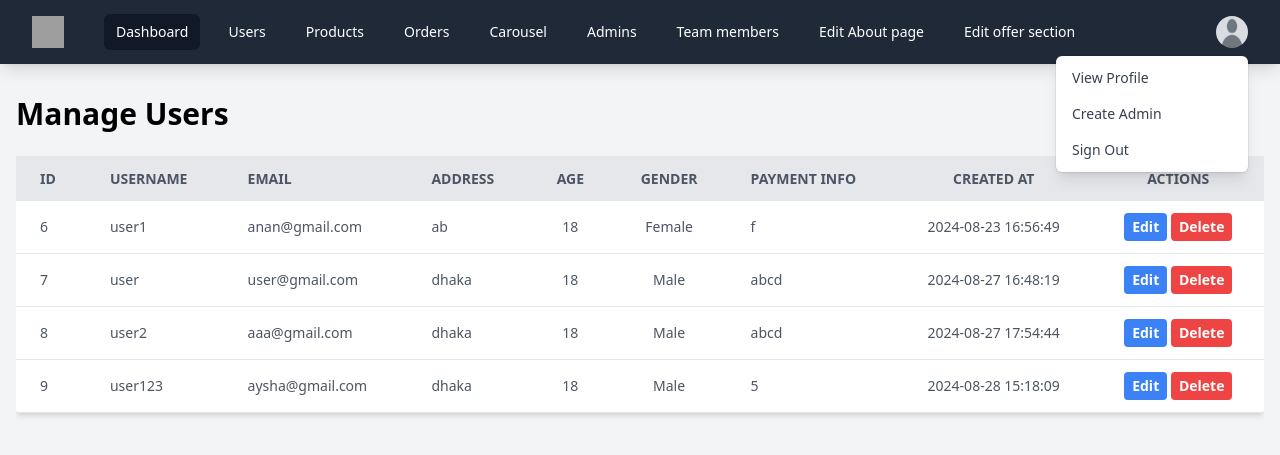
Repository: AsirAl-Anan/php-eccomerce
Page: http://localhost/admin/users_manage.php
An editor plug-in stored every save of this project. The page is shown before and after the next save, followed by the edit.
The browser window is 1280 px wide. The pictures show the whole page.
After loading, the first visible `#user-menu-button` was clicked once.
Pictures or frames that could not be fetched are drawn as grey boxes. Some web libraries are served in a nearby version. The page is run by PHP 8.4 with error messages shown; the project is at /var/www/html/. The session is filled in as if someone had signed in: {"admin_loggedin": true, "admin_id": 244004, "admin_username": "admin1"}. Other server files are loaded and not shown. The database holds what the project's SQL file puts in it.

Above is the page before, as saved 2024-08-29 19:56:24.

### admin/users_manage.php
<?php
session_start();
require_once '../config/config.php';
require_once 'fetch_admin_data.php';
// Check if admin is logged in
if (!isset($_SESSION["admin_loggedin"]) || $_SESSION["admin_loggedin"] !== true) {
    header("location: admin_login.php");
    exit;
}

// Function to get all users
function getAllUsers($conn)
{
    $sql = "SELECT id, username, email, address, age, gender, payment_info, created_at FROM users";
    $result = $conn->query($sql);
    return $result->fetch_all(MYSQLI_ASSOC);
}

// Handle user deletion
if (isset($_POST['delete_user'])) {
    $user_id = $_POST['user_id'];

    $conn->query("SET foreign_key_checks = 0");

    try {
        $sql = "DELETE FROM orders WHERE user_id = ?";
        $stmt = $conn->prepare($sql);
        $stmt->bind_param("i", $user_id);
        $stmt->execute();

        $sql = "DELETE FROM cart WHERE user_id = ?";
        $stmt = $conn->prepare($sql);
        $stmt->bind_param("i", $user_id);
        $stmt->execute();

        $sql = "DELETE FROM users WHERE id = ?";
        $stmt = $conn->prepare($sql);
        $stmt->bind_param("i", $user_id);
        $stmt->execute();

        echo "User and related data deleted successfully";
    } catch (Exception $e) {
        echo "Error deleting user: " . $e->getMessage();
    } finally {
        $conn->query("SET foreign_key_checks = 1");
    }
}
// Handle user edit
if (isset($_POST['edit_user'])) {
    $user_id = $_POST['user_id'];
    $username = $_POST['username'];
    $email = $_POST['email'];
    $address = $_POST['address'];
    $age = $_POST['age'];
    $gender = $_POST['gender'];
    $payment_info = $_POST['payment_info'];

    $sql = "UPDATE users SET username = ?, email = ?, address = ?, age = ?, gender = ?, payment_info = ? WHERE id = ?";
    $stmt = $conn->prepare($sql);
    $stmt->bind_param("sssissi", $username, $email, $address, $age, $gender, $payment_info, $user_id);

    if ($stmt->execute()) {
        $_SESSION['success_message'] = "User updated successfully!";
    } else {
        $_SESSION['error_message'] = "Error updating user: " . $conn->error;
    }

    header("Location: users_manage.php");
    exit();
}

$users = getAllUsers($conn);


?>


<!DOCTYPE html>
<html lang="en">

<head>
    <meta charset="UTF-8">
    <meta name="viewport" content="width=device-width, initial-scale=1.0">
    <title>Admin Panel</title>
    <script src="https://cdn.tailwindcss.com"></script>
</head>

<body class="bg-gray-100 ">


<nav class="bg-gray-800 text-white shadow-lg">
    <div class="max-w-7xl mx-auto px-4 sm:px-6 lg:px-8">
        <div class="flex items-center justify-between h-16">
            <div class="flex items-center">
                <a href="#" class="flex-shrink-0">
                    <img class="h-8 w-8" src="https://tailwindui.com/img/logos/workflow-mark-indigo-500.svg" alt="Workflow">
                </a>
                <div class="hidden md:block">
                <div class="ml-10 flex items-baseline space-x-4">
                        <a href="admin_panel.php" class="px-3 py-2 rounded-md text-sm font-medium bg-gray-900">Dashboard</a>
                        <a href="users_manage.php" class="px-3 py-2 rounded-md text-sm font-medium hover:bg-gray-700">Users</a>
                        <a href="manage_product.php" class="px-3 py-2 rounded-md text-sm font-medium hover:bg-gray-700">Products</a>
                        <a href="order_manage.php" class="px-3 py-2 rounded-md text-sm font-medium hover:bg-gray-700">Orders</a>
                        <a href="edit_carousel.php" class="px-3 py-2 rounded-md text-sm font-medium hover:bg-gray-700">Carousel</a>
                        <a href="manage_admin.php" class="px-3 py-2 rounded-md text-sm font-medium hover:bg-gray-700">Admins</a>
                        <a href="manage_teammembers.php" class="px-3 py-2 rounded-md text-sm font-medium hover:bg-gray-700">Team members</a>
                        <a href="edit_about_page.php" class="px-3 py-2 rounded-md text-sm font-medium hover:bg-gray-700">Edit About page</a>
                        <a href="edit_offers_section.php" class="px-3 py-2 rounded-md text-sm font-medium hover:bg-gray-700">Edit offer section</a>
                    </div>
                </div>
            </div>
            <div class="hidden md:block">
                <div class="ml-4 flex items-center md:ml-6">
                    <button
                        class="p-1 rounded-full hover:bg-gray-700 focus:outline-none focus:ring-2 focus:ring-offset-2 focus:ring-offset-gray-800 focus:ring-white">
                        <span class="sr-only">View notifications</span>
                        <i class="fas fa-bell"></i>
                    </button>
                    <div class="ml-3 relative">
                        <div>
                            <button id="user-menu-button" class="max-w-xs bg-gray-800 rounded-full flex items-center text-sm focus:outline-none focus:ring-2 focus:ring-offset-2 focus:ring-offset-gray-800 focus:ring-white">
                                <span class="sr-only">Open user menu</span>
                                <?php
$profile_picture_path = isset($admin_data['profile_picture']) ? '../uploads/' . $admin_data['profile_picture'] : '../uploads/default_avatar.jpg';
?>
                                <img class="h-8 w-8 rounded-full" src="<?php echo htmlspecialchars($profile_picture_path); ?>" alt="Admin profile">
                            </button>
                        </div>
                        <!-- Dropdown menu -->
                        <div id="user-menu" class="origin-top-right absolute right-0 mt-2 w-48 rounded-md shadow-lg py-1 bg-white ring-1 ring-black ring-opacity-5 hidden z-10">
                            <a href="admin-profile.php" class="block px-4 py-2 text-sm text-gray-700 hover:bg-gray-100">View Profile</a>
                            <a href="create_admin.php" class="block px-4 py-2 text-sm text-gray-700 hover:bg-gray-100">Create Admin</a>
                            <a href="logout.php" class="block px-4 py-2 text-sm text-gray-700 hover:bg-gray-100">Sign Out</a>
                        </div>
                    </div>
                </div>
            </div>
            <div class="-mr-2 flex md:hidden">
                <button type="button"
                    class="inline-flex items-center justify-center p-2 rounded-md text-gray-400 hover:text-white hover:bg-gray-700 focus:outline-none focus:ring-2 focus:ring-offset-2 focus:ring-offset-gray-800 focus:ring-white">
                    <span class="sr-only">Open main menu</span>
                    <i class="fas fa-bars"></i>
                </button>
            </div>
        </div>
    </div>
</nav>

    <div class="container mx-auto px-4 py-8">
        <h1 class="text-3xl font-bold mb-6">Manage Users</h1>
        <div class="overflow-x-auto">
            <table class="w-full bg-white shadow-md rounded mb-4">
                <thead>
                    <tr class="bg-gray-200 text-gray-600 uppercase text-sm leading-normal">
                        <th class="py-3 px-6 text-left">ID</th>
                        <th class="py-3 px-6 text-left">Username</th>
                        <th class="py-3 px-6 text-left">Email</th>
                        <th class="py-3 px-6 text-left">Address</th>
                        <th class="py-3 px-6 text-center">Age</th>
                        <th class="py-3 px-6 text-center">Gender</th>
                        <th class="py-3 px-6 text-left">Payment Info</th>

                        <th class="py-3 px-6 text-center">Created At</th>
                        <th class="py-3 px-6 text-center">Actions</th>
                    </tr>
                </thead>
                <tbody class="text-gray-600 text-sm font-light">
                    <?php foreach ($users as $user): ?>
                        <tr class="border-b border-gray-200 hover:bg-gray-100">
                            <td class="py-3 px-6 text-left whitespace-nowrap"><?php echo $user['id']; ?></td>
                            <td class="py-3 px-6 text-left"><?php echo htmlspecialchars($user['username']); ?></td>
                            <td class="py-3 px-6 text-left"><?php echo htmlspecialchars($user['email']); ?></td>
                            <td class="py-3 px-6 text-left"><?php echo htmlspecialchars($user['address']); ?></td>
                            <td class="py-3 px-6 text-center"><?php echo $user['age']; ?></td>
                            <td class="py-3 px-6 text-center"><?php echo htmlspecialchars($user['gender']); ?></td>
                            <td class="py-3 px-6 text-left"><?php echo htmlspecialchars($user['payment_info']); ?></td>

                            <td class="py-3 px-6 text-center"><?php echo $user['created_at']; ?></td>
                            <td class="py-3 px-6 text-center">
                                <button onclick="openEditModal(<?php echo htmlspecialchars(json_encode($user)); ?>)"
                                    class="bg-blue-500 hover:bg-blue-700 text-white font-bold py-1 px-2 rounded">Edit</button>
                                <form method="POST" action="" class="inline">
                                    <input type="hidden" name="user_id" value="<?php echo $user['id']; ?>">
                                    <button type="submit" name="delete_user"
                                        class="bg-red-500 hover:bg-red-700 text-white font-bold py-1 px-2 rounded"
                                        onclick="return confirm('Are you sure you want to delete this user?')">Delete</button>
                                </form>
                            </td>
                        </tr>
                    <?php endforeach; ?>
                </tbody>
            </table>
        </div>
    </div>



    <div id="editModal" class="fixed z-10 inset-0 overflow-y-auto hidden" aria-labelledby="modal-title" role="dialog" aria-modal="true">
        <div class="flex items-end justify-center min-h-screen pt-4 px-4 pb-20 text-center sm:block sm:p-0">
            <div class="fixed inset-0 bg-gray-500 bg-opacity-75 transition-opacity" aria-hidden="true"></div>
            <span class="hidden sm:inline-block sm:align-middle sm:h-screen" aria-hidden="true">&#8203;</span>
            <div class="inline-block align-bottom bg-white rounded-lg text-left overflow-hidden shadow-xl transform transition-all sm:my-8 sm:align-middle sm:max-w-lg sm:w-full">
                <form id="editForm" method="POST" action="">
                    <div class="bg-white px-4 pt-5 pb-4 sm:p-6 sm:pb-4">
                        <h3 class="text-lg leading-6 font-medium text-gray-900" id="modal-title">Edit User</h3>
                        <div class="mt-2">
                            <input type="hidden" id="edit_user_id" name="user_id">
                            <div class="mb-4">
                                <label for="edit_username" class="block text-gray-700 text-sm font-bold mb-2">Username:</label>
                                <input type="text" id="edit_username" name="username" class="shadow appearance-none border rounded w-full py-2 px-3 text-gray-700 leading-tight focus:outline-none focus:shadow-outline">
                            </div>
                            <div class="mb-4">
                                <label for="edit_email" class="block text-gray-700 text-sm font-bold mb-2">Email:</label>
                                <input type="email" id="edit_email" name="email" class="shadow appearance-none border rounded w-full py-2 px-3 text-gray-700 leading-tight focus:outline-none focus:shadow-outline">
                            </div>
                            <div class="mb-4">
                                <label for="edit_address" class="block text-gray-700 text-sm font-bold mb-2">Address:</label>
                                <input type="text" id="edit_address" name="address" class="shadow appearance-none border rounded w-full py-2 px-3 text-gray-700 leading-tight focus:outline-none focus:shadow-outline">
                            </div>
                            <div class="mb-4">
                                <label for="edit_age" class="block text-gray-700 text-sm font-bold mb-2">Age:</label>
                                <input type="number" id="edit_age" name="age" class="shadow appearance-none border rounded w-full py-2 px-3 text-gray-700 leading-tight focus:outline-none focus:shadow-outline">
                            </div>
                            <div class="mb-4">
                                <label for="edit_gender" class="block text-gray-700 text-sm font-bold mb-2">Gender:</label>
                                <select id="edit_gender" name="gender" class="shadow appearance-none border rounded w-full py-2 px-3 text-gray-700 leading-tight focus:outline-none focus:shadow-outline">
                                    <option value="Male">Male</option>
                                    <option value="Female">Female</option>
                                    <option value="Other">Other</option>
                                </select>
                            </div>
                            <div class="mb-4">
                                <label for="edit_payment_info" class="block text-gray-700 text-sm font-bold mb-2">Payment Info:</label>
                                <input type="text" id="edit_payment_info" name="payment_info" class="shadow appearance-none border rounded w-full py-2 px-3 text-gray-700 leading-tight focus:outline-none focus:shadow-outline">
                            </div>
                        </div>
                    </div>
                    <div class="bg-gray-50 px-4 py-3 sm:px-6 sm:flex sm:flex-row-reverse">
                        <button type="submit" name="edit_user" class="w-full inline-flex justify-center rounded-md border border-transparent shadow-sm px-4 py-2 bg-blue-600 text-base font-medium text-white hover:bg-blue-700 focus:outline-none focus:ring-2 focus:ring-offset-2 focus:ring-blue-500 sm:ml-3 sm:w-auto sm:text-sm">
                            Save Changes
                        </button>
                        <button type="button" onclick="closeEditModal()" class="mt-3 w-full inline-flex justify-center rounded-md border border-gray-300 shadow-sm px-4 py-2 bg-white text-base font-medium text-gray-700 hover:bg-gray-50 focus:outline-none focus:ring-2 focus:ring-offset-2 focus:ring-indigo-500 sm:mt-0 sm:ml-3 sm:w-auto sm:text-sm">
                            Cancel
                        </button>
                    </div>
                </form>
            </div>
        </div>
    </div>







        <script>



         document.getElementById('user-menu-button').addEventListener('click', function() {
        var menu = document.getElementById('user-menu');
        menu.classList.toggle('hidden');
    });


            function openEditModal(user) {
                // Populate the modal fields with the user data
                document.getElementById('edit_user_id').value = user.id;
                document.getElementById('edit_username').value = user.username;
                document.getElementById('edit_email').value = user.email;
                document.getElementById('edit_address').value = user.address;
                document.getElementById('edit_age').value = user.age;
                document.getElementById('edit_gender').value = user.gender;
                document.getElementById('edit_payment_info').value = user.payment_info;

                // Show the modal
                document.getElementById('editModal').classList.remove('hidden');
            }

            function closeEditModal() {
                // Hide the modal
                document.getElementById('editModal').classList.add('hidden');
            }



        </script>






</body>

</html>

### config/config.php
<?PHP
// define('SERVER','localhost');
// define('USERNAME','ANAN');
// define('PASSWORD','1234');
// define('DATABASE_NAME','eccomercesite');
if (!defined('SERVER')) define('SERVER', 'localhost');
if (!defined('USERNAME')) define('USERNAME', 'ANAN');
if (!defined('PASSWORD')) define('PASSWORD', '1234');
if (!defined('DATABASE_NAME')) define('DATABASE_NAME', 'eccomercesite');

$conn = new mysqli(SERVER, USERNAME, PASSWORD, DATABASE_NAME);

if ($conn->connect_error) {
    die("Connection failed: " . $conn->connect_error);
}

### admin/fetch_admin_data.php
<?php

require_once '../config/config.php';  // Adjust this path as needed

// Check if admin is logged in
if(!isset($_SESSION["admin_loggedin"]) || $_SESSION["admin_loggedin"] !== true){
    header("location: admin_login.php");
    exit;
}

$admin_id = $_SESSION["admin_id"];
$admin_data = null;

// Fetch current admin data
$sql = "SELECT * FROM admin_users WHERE id = ?";
if($stmt = $conn->prepare($sql)){
    $stmt->bind_param("i", $admin_id);

    if($stmt->execute()){
        $result = $stmt->get_result();

        if($result->num_rows == 1){
            $admin_data = $result->fetch_assoc();
        } else {
            // Handle error - admin data not found
            error_log("Error: Admin data not found for ID: $admin_id");
        }
    } else {
        // Handle error - SQL execution failed
        error_log("Error executing SQL: " . $stmt->error);
    }

    $stmt->close();
} else {
    // Handle error - SQL preparation failed
    error_log("Error preparing SQL: " . $conn->error);
}

// Close the database connection

### eccomercesite.sql (the tables this page reads)
CREATE TABLE `admin_users` (
  `id` int(11) NOT NULL,
  `username` varchar(50) NOT NULL,
  `password` varchar(255) NOT NULL,
  `created_at` timestamp NOT NULL DEFAULT current_timestamp(),
  `fullname` varchar(100) NOT NULL,
  `email` varchar(100) NOT NULL,
  `admin_id` varchar(50) NOT NULL,
  `profile_picture` varchar(255) DEFAULT NULL
) ENGINE=InnoDB DEFAULT CHARSET=utf8mb4 COLLATE=utf8mb4_general_ci;

INSERT INTO `admin_users` (`id`, `username`, `password`, `created_at`, `fullname`, `email`, `admin_id`, `profile_picture`) VALUES
(4, 'admin1', '$2y$10$oI2985.gqQRTdeduuzCgs.g3Fs48QlTsZa001FnGrHTLiOCp1rHHC', '2024-08-26 13:45:31', 'admin1', 'aaaaa@gmail.com', '244004', 'pfp-4.jpg');

ALTER TABLE `admin_users`
  ADD PRIMARY KEY (`id`),
  ADD UNIQUE KEY `username` (`username`),
  ADD UNIQUE KEY `email` (`email`),
  ADD UNIQUE KEY `admin_id` (`admin_id`);

ALTER TABLE `admin_users`
  MODIFY `id` int(11) NOT NULL AUTO_INCREMENT, AUTO_INCREMENT=9;

CREATE TABLE `users` (
  `id` int(11) NOT NULL,
  `username` varchar(50) NOT NULL,
  `password` varchar(255) NOT NULL,
  `email` varchar(100) NOT NULL,
  `created_at` timestamp NOT NULL DEFAULT current_timestamp(),
  `address` varchar(255) DEFAULT NULL,
  `age` int(11) DEFAULT NULL,
  `gender` enum('Male','Female','Other') DEFAULT NULL,
  `payment_info` varchar(255) DEFAULT NULL,
  `is_admin` tinyint(1) DEFAULT 0,
  `profile_picture` varchar(255) DEFAULT NULL,
  `is_active` tinyint(1) DEFAULT 1
) ENGINE=InnoDB DEFAULT CHARSET=utf8mb4 COLLATE=utf8mb4_general_ci;

INSERT INTO `users` (`id`, `username`, `password`, `email`, `created_at`, `address`, `age`, `gender`, `payment_info`, `is_admin`, `profile_picture`, `is_active`) VALUES
(6, 'user1', '$2y$10$H0sHrVpfBgiT1PPLuY30M.pel1W/jbkOkyG38d5CehW5iFSsMho7C', 'anan@gmail.com', '2024-08-23 16:56:49', 'ab', 18, 'Female', 'f', 0, '../uploads/66d2dc058fc64.png', 1),
(7, 'user', '$2y$10$AbcDjjUtnqLywkoWXuBvQeWf5eM8BAiCglfz2N8Se/nb85tpbVkzK', 'user@gmail.com', '2024-08-27 16:48:19', 'dhaka', 18, 'Male', 'abcd', 0, '../uploads/66ce0368c519d.jpg', 1),
(8, 'user2', '$2y$10$ypkdEWV3J01PPorOjNwrv.56hapDMiOvwLuV1DO1rGCvVWSbfR8XS', 'aaa@gmail.com', '2024-08-27 17:54:44', 'dhaka', 18, 'Male', 'abcd', 0, NULL, 1),
(9, 'user123', '$2y$10$Ec5imssTdW7LVxDYUYV03emzQvWz70SJ3yTDPTB8oMQvSHx.eYguC', 'aysha@gmail.com', '2024-08-28 15:18:09', 'dhaka', 18, 'Male', '5', 0, '../uploads/66cf562f1d5b8.jpg', 1);

ALTER TABLE `users`
  ADD PRIMARY KEY (`id`),
  ADD UNIQUE KEY `username` (`username`),
  ADD UNIQUE KEY `email` (`email`);

ALTER TABLE `users`
  MODIFY `id` int(11) NOT NULL AUTO_INCREMENT, AUTO_INCREMENT=10;

After the next save:
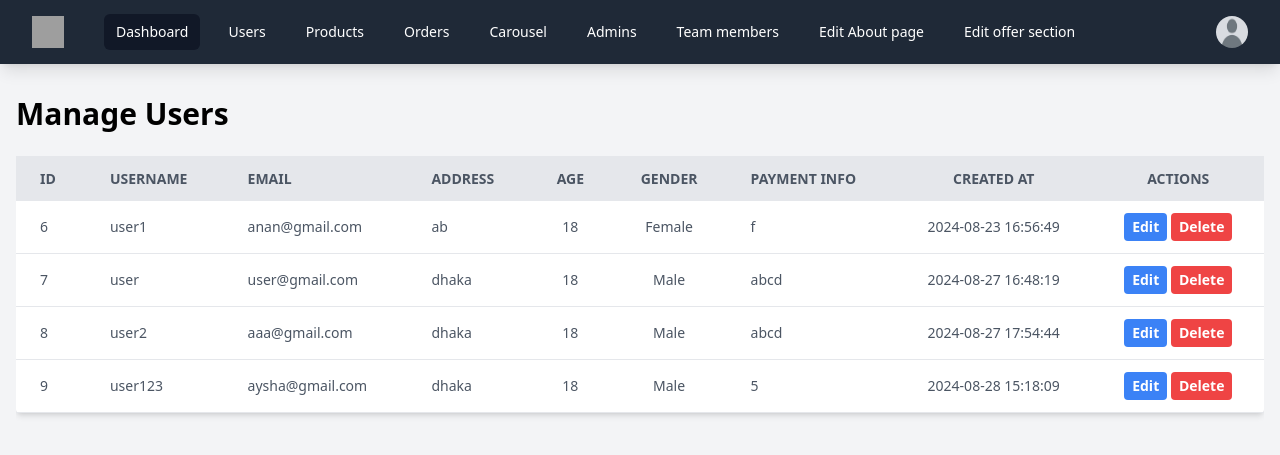
Saved 14 s later.
--- a/admin/users_manage.php
+++ b/admin/users_manage.php
@@ -282,8 +282,29 @@ $profile_picture_path = isset($admin_data['profile_picture']) ? '../uploads/' .
                 // Hide the modal
                 document.getElementById('editModal').classList.add('hidden');
             }
-
-
+            document.getElementById('user-menu-button').addEventListener('click', function() {
+            var menu = document.getElementById('user-menu');
+            menu.classList.toggle('hidden');
+        });
+
+        function openEditModal(user) {
+            // Populate the modal fields with the user data
+            document.getElementById('edit_user_id').value = user.id;
+            document.getElementById('edit_username').value = user.username;
+            document.getElementById('edit_email').value = user.email;
+            document.getElementById('edit_address').value = user.address;
+            document.getElementById('edit_age').value = user.age;
+            document.getElementById('edit_gender').value = user.gender;
+            document.getElementById('edit_payment_info').value = user.payment_info;
+
+            // Show the modal
+            document.getElementById('editModal').classList.remove('hidden');
+        }
+
+        function closeEditModal() {
+            // Hide the modal
+            document.getElementById('editModal').classList.add('hidden');
+        }
 
         </script>
 
